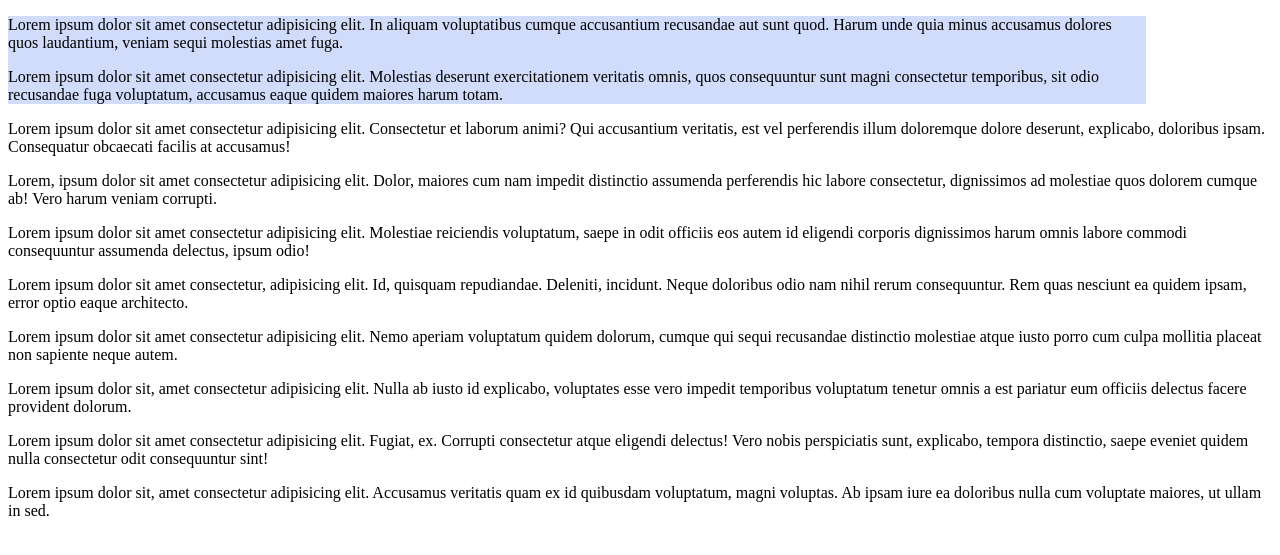
Repository: HTML-a-CSS-2/projekt-portfolio-Angelina555555
Page: .github/index.html
An editor plug-in stored every save of this project. The page is shown before and after the next save, followed by the edit.
The browser window is 1280 px wide. The pictures show the whole page.

Above is the page before, as saved 2022-05-07 21:30:47.

### .github/index.html
<!DOCTYPE html>
<html lang="en">
  <head>
    <meta charset="UTF-8" />
    <meta http-equiv="X-UA-Compatible" content="IE=edge" />
    <meta name="viewport" content="width=device-width, initial-scale=1.0" />
    <link rel="stylesheet" href="default.css" />
    <title>Document</title>
  </head>
  <body>
    <div class="blok">
      <p class="blok__element-jedna prvni-blok__element-jedna--fialovy">
        Lorem ipsum dolor sit amet consectetur adipisicing elit. In aliquam
        voluptatibus cumque accusantium recusandae aut sunt quod. Harum unde
        quia minus accusamus dolores quos laudantium, veniam sequi molestias
        amet fuga.
      </p>
      <p class="blok__element-dva">
        Lorem ipsum dolor sit amet consectetur adipisicing elit. Molestias
        deserunt exercitationem veritatis omnis, quos consequuntur sunt magni
        consectetur temporibus, sit odio recusandae fuga voluptatum, accusamus
        eaque quidem maiores harum totam.
      </p>
    </div>
    <div class="article">
      <p class="article__element-tri">
        Lorem ipsum dolor sit amet consectetur adipisicing elit. Consectetur et
        laborum animi? Qui accusantium veritatis, est vel perferendis illum
        doloremque dolore deserunt, explicabo, doloribus ipsam. Consequatur
        obcaecati facilis at accusamus!
      </p>
      <p class="article__element-ctry">
        Lorem, ipsum dolor sit amet consectetur adipisicing elit. Dolor, maiores
        cum nam impedit distinctio assumenda perferendis hic labore consectetur,
        dignissimos ad molestiae quos dolorem cumque ab! Vero harum veniam
        corrupti.
      </p>
    </div>
    <div class="print">
      <p class="print__element-pet">
        Lorem ipsum dolor sit amet consectetur adipisicing elit. Molestiae
        reiciendis voluptatum, saepe in odit officiis eos autem id eligendi
        corporis dignissimos harum omnis labore commodi consequuntur assumenda
        delectus, ipsum odio!
      </p>
      <p class="print__element-sest">
        Lorem ipsum dolor sit amet consectetur, adipisicing elit. Id, quisquam
        repudiandae. Deleniti, incidunt. Neque doloribus odio nam nihil rerum
        consequuntur. Rem quas nesciunt ea quidem ipsam, error optio eaque
        architecto.
      </p>
    </div>
    <div class="leader">
      <p class="leader__element-sedm">
        Lorem ipsum dolor sit amet consectetur adipisicing elit. Nemo aperiam
        voluptatum quidem dolorum, cumque qui sequi recusandae distinctio
        molestiae atque iusto porro cum culpa mollitia placeat non sapiente
        neque autem.
      </p>
      <p class="leader__element-osm">
        Lorem ipsum dolor sit, amet consectetur adipisicing elit. Nulla ab iusto
        id explicabo, voluptates esse vero impedit temporibus voluptatum tenetur
        omnis a est pariatur eum officiis delectus facere provident dolorum.
      </p>
    </div>
    <div class="buttom">
      <p class="buttom__element-devet">
        Lorem ipsum dolor sit amet consectetur adipisicing elit. Fugiat, ex.
        Corrupti consectetur atque eligendi delectus! Vero nobis perspiciatis
        sunt, explicabo, tempora distinctio, saepe eveniet quidem nulla
        consectetur odit consequuntur sint!
      </p>
      <p class="buttom__element-deset">
        Lorem ipsum dolor sit, amet consectetur adipisicing elit. Accusamus
        veritatis quam ex id quibusdam voluptatum, magni voluptas. Ab ipsam iure
        ea doloribus nulla cum voluptate maiores, ut ullam in sed.
      </p>
    </div>
  </body>
</html>

### .github/default.css
.blok {
  width: 90%;
  background-color: #d1dbfa;
}

.article {
}

.print {
}

.leader {
}

.buttom {
}

After the next save:
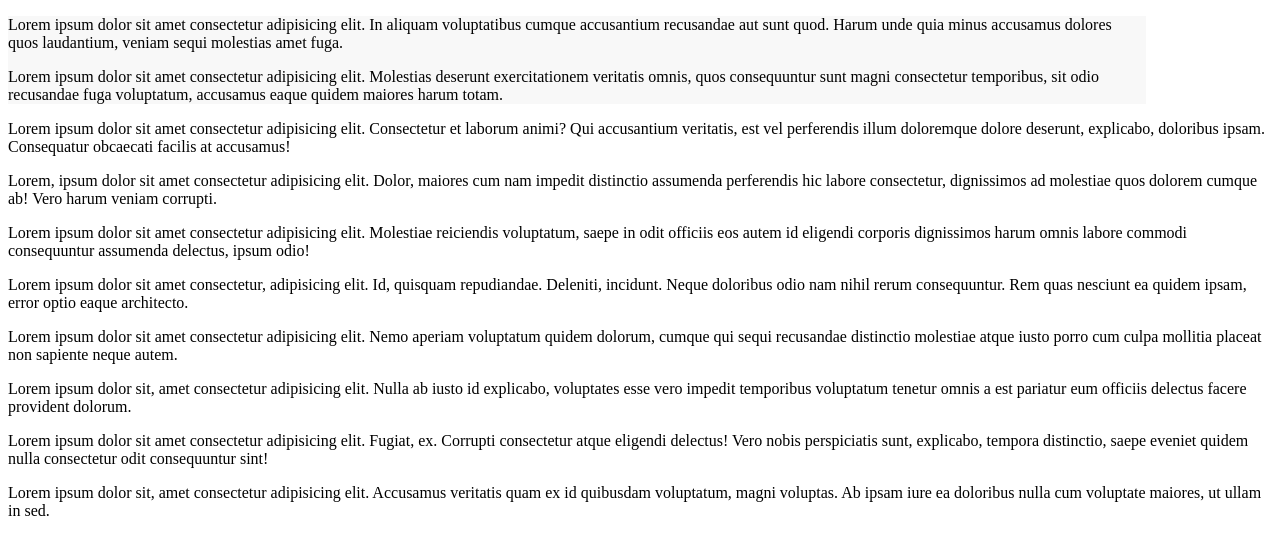
Saved 17 s later.
--- a/.github/default.css
+++ b/.github/default.css
@@ -1,6 +1,6 @@
 .blok {
   width: 90%;
-  background-color: #d1dbfa;
+  background-color: #f8f8f8;
 }
 
 .article {
